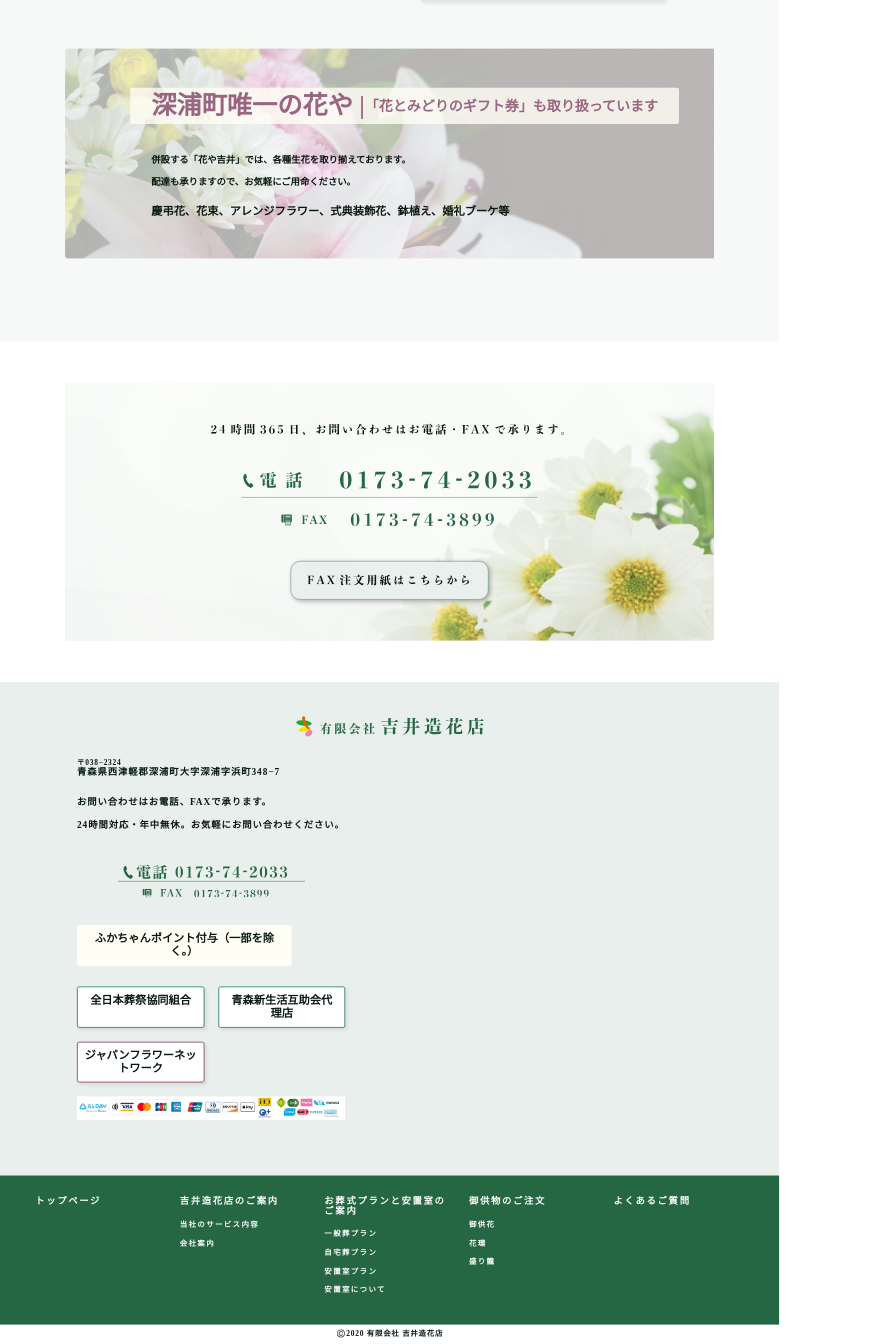
Repository: plus-agc-service-yamauchi/yoshii_scratch_ver3
Page: about.html
These files come from the project's save history. The page is drawn as it stood at one moment and after the next save; the edit follows.
The browser window is 1280 px wide. The pictures show the part of the page from y = 1765 to 3685 px (the page is 3685 px tall before and 3646 px after), at 70% of full size.
Pictures or frames that could not be fetched are drawn as grey boxes. Some web libraries are served in a nearby version. The style sheet was rebuilt from its Sass, Less or Tailwind sources for each picture, by a compiler version that may differ from the author's.

Above is the page before, as saved 2021-02-01 13:01:53.
Console error (its wording comes from the project's code and is left out).

### about.html
<!DOCTYPE html>
<html lang="ja">

<head>
    <title>吉井造花店について | 吉井造花店</title>
    <meta name="description" content="1935（昭和8）年創業。深浦町の皆様に支えられて８０有余年。時代の流れに合わせた様々なお葬式に、まごころ込めてご奉仕させていただきます。">
    <meta charset="utf-8" />
    <meta name="viewport" content="width=device-width, initial-scale=1" />
    <meta property="og:title" content="">
    <meta property="og:type" content="">
    <meta property="og:url" content="">
    <meta property="og:image" content="">
    <link rel="manifest" href="site.webmanifest">
    <link rel="apple-touch-icon" href="icon.png">
    <link rel="icon" type="image/x-icon" href="favicon.ico">
    <link rel="stylesheet" href="css/style.min.css" />
    <link rel="stylesheet" href="css/common.min.css" />
    <link rel="stylesheet" href="css/destyle.css" />
</head>

<body>
    <header>
        <!-- SP ヘッダーバー -->
        <div id="headbar">
            <h1 class="text-main"><a href="index.html"><span>有限会社</span> 吉井造花店</a></h1>
        </div>
        <!-- ドロワーナビゲーション -->
        <div id="navArea">
            <nav>
                <div class="inner">
                    <ul class="menu_list">
                        <li><a href="index.html">トップページ</a></li>
                        <li class="nav_item">
                            <a href="#" class="js-dropdown">吉井造花店のご案内<span>&#9662;</span></a>
                            <div class="panel js-dropdown-menu">
                                <ul class="panel-inner">
                                    <li class="panel_item">
                                        <a href="about.html">吉井造花店について</a>
                                    </li>
                                    <li class="panel_item">
                                        <a href="about.html#anchor_1">当社のサービス内容</a>
                                    </li>
                                    <li class="panel_item">
                                        <a href="about.html#anchor_2">会社案内</a>
                                    </li>
                                </ul>
                            </div>
                        </li>
                        <li class="nav_item">
                            <a href="#" class="js-dropdown">お葬式プランと安置室のご案内<span>&#9662;</span></a>
                            <div class="panel js-dropdown-menu">
                                <ul class="panel-inner">
                                    <li class="panel_item">
                                        <a href="plan.html">お葬式プランと安置室のご案内</a>
                                    </li>
                                    <li class="panel_item">
                                        <a href="plan.html#anchor_1">一般葬プラン</a>
                                    </li>
                                    <li class="panel_item">
                                        <a href="plan.html#anchor_2">自宅葬プラン</a>
                                    </li>
                                    <li class="panel_item">
                                        <a href="plan.html#anchor_3">安置室プラン</a>
                                    </li>
                                    <li class="panel_item">
                                        <a href="plan.html#anchor_4">安置室について</a>
                                    </li>
                                </ul>
                            </div>
                        </li>
                        <li class="nav_item">
                            <a href="#" class="js-dropdown">御供物・御供花のご注文<span>&#9662;</span></a>
                            <div class="panel js-dropdown-menu">
                                <ul class="panel-inner">
                                    <li class="panel_item">
                                        <a href="order.html">御供物・御供花のご注文</a>
                                    </li>
                                    <li class="panel_item">
                                        <a href="order.html#anchor_1">御供花</a>
                                    </li>
                                    <li class="panel_item">
                                        <a href="order.html#anchor_2">花環</a>
                                    </li>
                                    <li class="panel_item">
                                        <a href="order.html#anchor_3">盛り籠</a>
                                    </li>
                                </ul>
                            </div>
                        </li>
                        <li><a href="faq.html">よくあるご質問</a></li>
                    </ul>
                    <div class="sp-call spVisible tabHidden pcHidden">
                        <p>24時間365日<br>お問い合わせはお電話・FAXで承ります。</p>
                        <p>お問い合わせはこちら</p>
                        <p><a href="tel:0173-74-2033">&phone; 0173-74-2033</a></p>
                    </div>
                </div>
            </nav>
            <!-- ナビゲーショントグル -->
            <div class="toggle_btn">
                <span></span>
                <span></span>
                <span></span>
            </div>
            <div id="mask"></div>
        </div>
    </header>
    <main>
        <div class="wrapper">
            <div class="left">
                <div class="bg-sub pb30">
                    <div class="mustHead">
                        <img src="img/about_musthead.jpg" alt="お葬式プランと安置室のご案内" class="img100" />
                        <div>
                            <h1>吉井造花店について</h1>
                        </div>
                    </div>
                    <!-- メインコンテンツ -->
                    <div class="container">
                        <div class="top">
                            <div class="text-sp-center text-tab-center text-pc-center">
                                <h2 id="anchor_1" class="text-main font48">
                                    当社のサービス内容
                                </h2>
                            </div>
                        </div>
                        <div class="grid-sp-1 grid-tab-2 grid-pc-3 grid-row-gap50 grid-col-gap30 mb30">
                            <div class="card">
                                <span>お葬式全般</span>
                            </div>
                            <div class="card">
                                <span>御供物・御供花の手配</span>
                            </div>
                            <div class="card">
                                <span>ご遺体安置</span>
                            </div>
                            <div class="card">
                                <span>お仏壇・仏具の販売</span>
                            </div>
                            <div class="card">
                                <span>遺品整理・お仏壇の処分</span>
                            </div>
                            <div class="card">
                                <span>会葬御礼・喪中はがき印刷</span>
                            </div>
                            <div class="card">
                                <span>お寺・お墓のご案内</span>
                            </div>
                            <div class="card">
                                <span>お食事・お飲物の手配</span>
                            </div>
                            <div class="card">
                                <span>お墓参り代行・管理</span>
                            </div>
                        </div>
                        <div class="text-sp-center text-tab-center text-pc-center my60">
                            <h2 id="anchor_2" class="text-main font48">会社案内</h2>
                        </div>
                        <div class="grid-sp-1 grid-tab-2 grid-pc-2 grid-col-gap20">
                            <table class="spVisible tabVisible pcHidden mb30 info">
                                <tr>
                                    <td class="tdl">所在地</td>
                                    <td class="tdr">
                                        〒038-2324<br />青森県西津軽郡深浦町大字深浦字浜町348-7
                                    </td>
                                </tr>
                                <tr>
                                    <td class="tdl">電話</td>
                                    <td class="tdr">0173-74-2033</td>
                                </tr>
                                <tr>
                                    <td class="tdl">FAX</td>
                                    <td class="tdr">0173-74-3899</td>
                                </tr>
                                <tr>
                                    <td class="tdl">代表</td>
                                    <td class="tdr">吉井 眞逸</td>
                                </tr>
                                <tr>
                                    <td class="tdl">資格</td>
                                    <td class="tdr">1級葬祭ディレクター／葬儀事前相談員</td>
                                </tr>
                                <tr>
                                    <td class="tdl">加盟</td>
                                    <td class="tdr">
                                        <p>全日本葬祭業協同組合連合会／青森県葬祭事業協同組合</p>
                                        <p>
                                            青森新生活互助会代理店／if共済会代理店／コープ葬提携店
                                        </p>
                                    </td>
                                </tr>
                            </table>
                            <img src="img/about_description.svg" alt="" class=" img100 spHidden tabHidden pcVisible" />
                            <div>
                                <img src="img/store_tab.png" alt="" class=" img100 img-tab-100 img-pc-80 spHidden tabHidden pcVisible ml30" />
                                <img src="img/store_tab.png" alt="" class=" img100 img-tab-100 img-pc-100 spVisible tabVisible pcHidden" />
                            </div>
                        </div>
                        <div class="bg-flower my60">
                            <div class="grid-sp-1 grid-pc-1 spHidden tabVisible pcVisible">
                                <div class="bg-flower-item">
                                    <p class="bg-flower_text_title">深浦町唯一の花や | <span>「花とみどりのギフト券」も取り扱っています</span></p>
                                   <p class="bg-flower_text_title_middle_one">併設する「花や吉井」では、各種生花を取り揃えております。</p>
                                   <p class="bg-flower_text_title_middle_two">配達も承りますので、お気軽にご用命ください。</p>
                                   <p class="bg-flower_text_title_bottom">慶弔花、花束、アレンジフラワー、式典装飾花、鉢植え、婚礼ブーケ等</p>
                                </div>
                            </div>
                            <div class="spVisible tabHidden pcHidden">
                                <img src="img/bg_flower_text.svg" alt="" class="bg-flower_sp_img">
                            </div>
                        </div>
                    </div>
                </div>
                <div class="container pt60 pb60">
                    <a href="pdf/Yoshii__Order_FAX.pdf"><img src="img/call.svg" alt="" class="spHidden tabVisible pcVisible img-pc-100 img-tab-100" /></a>
                    <div class="spVisible tabHidden pcHidden sp_fax">
<p class="mb20">24時間365日、お問い合わせはお電話・FAXで承ります。</p>
<a href="tel:0173-74-2033"><img src="img/info_call.svg" alt="" class="img100 mb30"></a>
<p><a href="pdf/Yoshii__Order_FAX.pdf" class="btn" target="_blank">FAX注文用紙はこちらから</a></p>
                    </div>
                </div>
                <div class="info">
                    <div class="container py30">
                        <div class="text-sp-center text-tab-center text-pc-center mb30">
                            <img src="img/logo_h.svg" alt="" class="img70 img-pc-30 img-tab-40" />
                        </div>
                        <div class="grid-1 grid-tab-2 grid-pc-2 grid-col-gap20">
                            <div class="ir text-sp-left text-tab-left text-pc-left">
                                <div class="mb50">
                                    <p class="font-tracking4">〒038−2324</p>
                                    <p class="font-tracking5 mb30">
                                        青森県西津軽郡深浦町大字深浦字浜町348−7
                                    </p>
                                    <p class="font-tracking5 mb20">
                                        お問い合わせはお電話、FAXで承ります。
                                    </p>
                                    <p class="font-tracking5">
                                        24時間対応・年中無休。お気軽にお問い合わせください。
                                    </p>
                                </div>
                                <div class="mb40 text-tab-center text-pc-center">
                                    <a href="tel:0173-74-2033"><img src="img/info_call.svg" alt="" class="img100 img-pc-70 img-tab-80" /></a>
                                </div>
                                <div class="mb30">
                                    <p class="fpoint">ふかちゃんポイント付与（一部を除く。）</p>
                                </div>
                                <div class="grid-sp-2 grid-pc-2 grid-tab-2 grid-row-gap20 grid-col-gap20 mb20">
                                    <a href="https://www.zensoren.or.jp" target="_blank" class="link">全日本葬祭協同組合</a>
                                    <a href="http://www.younet-aomori.jp/contact.html" target="_blank" class="link">青森新生活互助会代理店</a>
                                    <a href="http://www.jfn87.co.jp/" target="_blank" class="link2">ジャパンフラワーネットワーク</a>
                                </div>
                                <div>
                                    <img src="img/airpay_h.png" alt="" class="img100 img-tab-100 img-pc-100">
                                </div>
                            </div>
                            <div>
                                <iframe src="https://www.google.com/maps/d/u/0/embed?mid=1ebatdI8vkuU5Y1tNTiyKdjtavv3ePw3P&z=16" width="100%" height="480"></iframe>
                            </div>
                        </div>
                    </div>
                </div>
            </div>
            <!-- サイドバー -->
            <div class="right">
                <div class="logoWrapper">
                    <p><a href="index.html"><img src="img/logo.svg" alt="" width="100%"></a></p>
                </div>
                <p id="pageTop"><a href="#">TOP▲</a></p>
                <div class="sideFooter">
                    <p>お問い合わせはこちら</p>
                    <p>
                        <a href="tel:0173-74-2033">&phone; 0173-74-2033</a>
                    </p>
                </div>
            </div>
        </div>
    </main>
    <!-- フッター -->
    <footer>
        <div class="spVisible tabHidden pcHidden">
            <div class="accbox">
                <a class="cssacc" href="index.html"><span>トップページ</span></a>
                <input type="checkbox" id="label2" class="cssacc" />
                <label for="label2">吉井造花店のご案内</label>
                <div class="accshow">
                    <a class="show" href="about.html#anchor_1">当社のサービス内容</a>
                    <a class="show" href="about.html#anchor_2">会社案内</a>
                </div>
                <input type="checkbox" id="label3" class="cssacc" />
                <label for="label3">お葬式プランと安置室のご案内</label>
                <div class="accshow">
                    <a class="show" href="plan.html#anchor_1">一般葬プラン</a>
                    <a class="show" href="plan.html#anchor_2">家族葬プラン</a>
                    <a class="show" href="plan.html#anchor_3">安置室プラン</a>
                    <a class="show" href="plan.html_anchor_4">安置室について</a>
                </div>
                <input type="checkbox" id="label4" class="cssacc" />
                <label for="label4">御供物・御供花のご注文</label>
                <div class="accshow">
                    <a class="show" href="order.html">御供物・御供花のご注文</a>
                    <a class="show" href="order.html#anchor_1">御供花</a>
                    <a class="show" href="order.html#anchor_2">花環</a>
                    <a class="show" href="order.html#anchor_3">盛り籠</a>
                </div>
                <a class="cssacc" href="faq.html"><span>よくあるご質問</span></a>
            </div>
        </div>
        <div class="spHidden tabVisible pcVisible">
            <div class="footerWrapper grid-1 grid-tab-5 grid-pc-5 grid-col-gap20">
                <ul>
                    <li class="footerHeading"><a href="index.html">トップページ</a></li>
                </ul>
                <ul>
                    <li class="footerHeading">
                        <a href="about.html">吉井造花店のご案内</a></span>
                    </li>
                    <li class="footerItemStart"><a href="about.html#anchor_1">当社のサービス内容</a></li>
                    <li class="footerItem"><a href="about.html#anchor_2">会社案内</a></li>
                </ul>
                <ul>
                    <li class="footerHeading">
                        <a href="plan.html">お葬式プランと安置室のご案内</a></span>
                    </li>
                    <li class="footerItemStart"><a href="plan.html#anchor_1">一般葬プラン</a></li>
                    <li class="footerItem"><a href="plan.html#anchor_2">自宅葬プラン</a></li>
                    <li class="footerItem"><a href="plan.html#anchor_3">安置室プラン</a></li>
                    <li class="footerItem"><a href="plan.html_anchor_4">安置室について</a></li>
                </ul>
                <ul>
                    <li class="footerHeading"><a href="order.html">御供物のご注文</a></li>
                    <li class="footerItemStart"><a href="order.html#anchor_1">御供花</a></li>
                    <li class="footerItem"><a href="order.html#anchor_2">花環</a></li>
                    <li class="footerItem"><a href="order.html#anchor_3">盛り籠</a></li>
                </ul>
                <ul>
                    <li class="footerHeading"> <a href="faq.html">よくあるご質問</a></li>
                </ul>

            </div>
        </div>
    </footer>
    <div class="copy text-center">©️2020 有限会社 吉井造花店</div>
    <script src="http://ajax.googleapis.com/ajax/libs/jquery/2.1.4/jquery.min.js"></script>
    <script src="js/menu.min.js"></script>
    <script src="js/scroll.min.js"></script>
    <script src="js/returnTop.min.js"></script>
    <!-- Google Analytics: change UA-XXXXX-Y to be your site's ID. -->
    <script>
    window.ga = function() { ga.q.push(arguments) };
    ga.q = [];
    ga.l = +new Date;
    ga('create', 'UA-XXXXX-Y', 'auto');
    ga('set', 'anonymizeIp', true);
    ga('set', 'transport', 'beacon');
    ga('send', 'pageview')
    </script>
    <script src="https://www.google-analytics.com/analytics.js" async></script>
</body>

</html>

### scss/about.scss
/* デザインA（スマートフォン） */
.card {
  background: #fff;
  width: 100%;
  height: 8rem;
  display: flex;
  justify-content: center;
  align-items: center;
  font-size: 3.717391304vw;
  color: #256643;
  border-radius: 10px;
  margin: 0 auto;
}

.bg-flower {
  background: url(../img/bg-flower.jpg) no-repeat;
  background-size: cover;
  background-position: left center;
  padding: 50px 10px;
  text-align: left;
  font-size: 3.717391304vw;
  line-height: 2.3rem;
}
.bg-flower_text_title {
  display: flex;
  align-items: center;
  color: #996580;
  background: rgba(255, 254, 245, 0.8);
  font-size: 3.6rem;
  padding: 15px 30px;
  border-radius: 3px;
  margin-bottom: 40px;
  span {
    font-size: 20px;
  }
}
.bg-flower_text_title_middle_one {
  text-indent: 30px;
  margin-bottom: 10px;
}
.bg-flower_text_title_middle_two {
  text-indent: 30px;
  margin-bottom: 20px;
}
.bg-flower_text_title_bottom {
  text-indent: 30px;
  font-size: 1.6rem;
}
.bg-flower_sp_img {
  width: 90%;
  margin: 0 auto;
  display: block;
}

.sp_fax {
  background: url(../img/call_bg.jpg) no-repeat;
  background-size: cover;
  background-position: left center;
  padding: 50px 10px;
  text-align: left;
  font-size: 3.717391304vw;
  line-height: 2.3rem;
  .btn {
    background: #eaf0ed;
    border: solid 1px #518569;
    border-radius: 10px;
    padding: 10px;
    display: block;
    width: 80%;
    text-align: center;
    margin: 0 auto;
    letter-spacing: 0.5rem;
  }
  .btn a:hover {
    background: #518569;
    border: solid 1px #eaf0ed;
    border-radius: 5px;
    padding: 10px;
    display: block;
    width: 60%;
    text-align: center;
    margin: 0 auto;
    letter-spacing: 1.8rem;
  }
}

.grid-pc-center {
  justify-items: center;
  align-items: center;
}

table {
  border-collapse: collapse;
}

tr {
  border-bottom: solid 1px #6b7570;
  margin-bottom: 20px;
}

td.tdl {
  font-size: 14px;
  line-height: 1.4rem;
  letter-spacing: 1.8;
  width: 20%;
  padding: 20px 0;
  color: #091911;
}

td.tdr {
  width: 80%;
  font-size: 14px;
  line-height: 1.4rem;
  letter-spacing: 1.8;
  padding: 20px 0;
  color: #091911;
}

/* デザインB（タブレット） */
@media screen and (min-width: 600px) and (max-width: 1024px) {
  .card {
    background: #fff;
    width: 100%;
    height: 80px;
    display: flex;
    justify-content: center;
    align-items: center;
    font-size: 2.6vw;
    color: #256643;
    border-radius: 10px;
  }

  .bg-flower {
    background: url(../img/bg-flower.jpg) no-repeat;
    background-size: cover;
    padding: 20px 0 10px 0;
    font-size: 2.3vw;
    line-height: 2.4rem;
    letter-spacing: 1.8;
    display: flex;
    align-items: center;
    justify-content: center;
  }
  .bg-flower_text_title {
    display: flex;
    align-items: center;
    color: #996580;
    background: rgba(255, 254, 245, 0.8);
    font-size: 2.6rem;
    padding: 15px 30px;
    border-radius: 3px;
    margin-bottom: 40px;
    span {
      font-size: 16px;
    }
  }
  .bg-flower_text_title_middle_one {
    text-indent: 30px;
    margin-bottom: 10px;
  }
  .bg-flower_text_title_middle_two {
    text-indent: 30px;
    margin-bottom: 20px;
  }
  .bg-flower_text_title_bottom {
    text-indent: 30px;
    font-size: 1.2rem;
  }
}

/* デザインC(PC) */
@media screen and (min-width: 1025px) {
  .card {
    background: #fff;
    width: 100%;
    height: 150px;
    display: flex;
    justify-content: center;
    align-items: center;
    font-size: 1.25vw;
    color: #256643;
    border-radius: 10px;
  }

  .bg-flower {
    background: url(../img/bg-flower.jpg) no-repeat;
    background-size: cover;
    padding: 50px 50px 50px 0;
    font-size: 1.041666667vw;
    line-height: 2.2rem;
    letter-spacing: 1.8;
    height: 300px;
    display: flex;
    align-items: center;
    justify-content: flex-end;
  }
  .bg-flower_text_title {
    display: flex;
    align-items: center;
    color: #996580;
    background: rgba(255, 254, 245, 0.8);
    font-size: 3.6rem !important;
    padding: 15px 30px;
    border-radius: 3px;
    margin-bottom: 40px;
    span {
      font-size: 20px;
    }
  }
  .bg-flower_text_title_middle_one {
    text-indent: 30px;
    margin-bottom: 10px;
  }
  .bg-flower_text_title_middle_two {
    text-indent: 30px;
    margin-bottom: 20px;
  }
  .bg-flower_text_title_bottom {
    text-indent: 30px;
    font-size: 1.6rem;
  }
  .info {
    background: #fff;
    padding: 20px;
  }
}

Loaded but not shown: js/menu.min.js (1 lines, source omitted); js/returnTop.min.js (1 lines, source omitted); js/scroll.min.js (1 lines, source omitted); scss/style.scss (1687 lines, source omitted); scss/common.scss (1575 lines, source omitted); scss/index.scss (238 lines, source omitted); scss/faq.scss (212 lines, source omitted); css/destyle.css (276 lines, source omitted); scss/plan.scss (42 lines, source omitted); scss/order.scss (9 lines, source omitted); scss/option.scss (6 lines, source omitted)

After the next save:
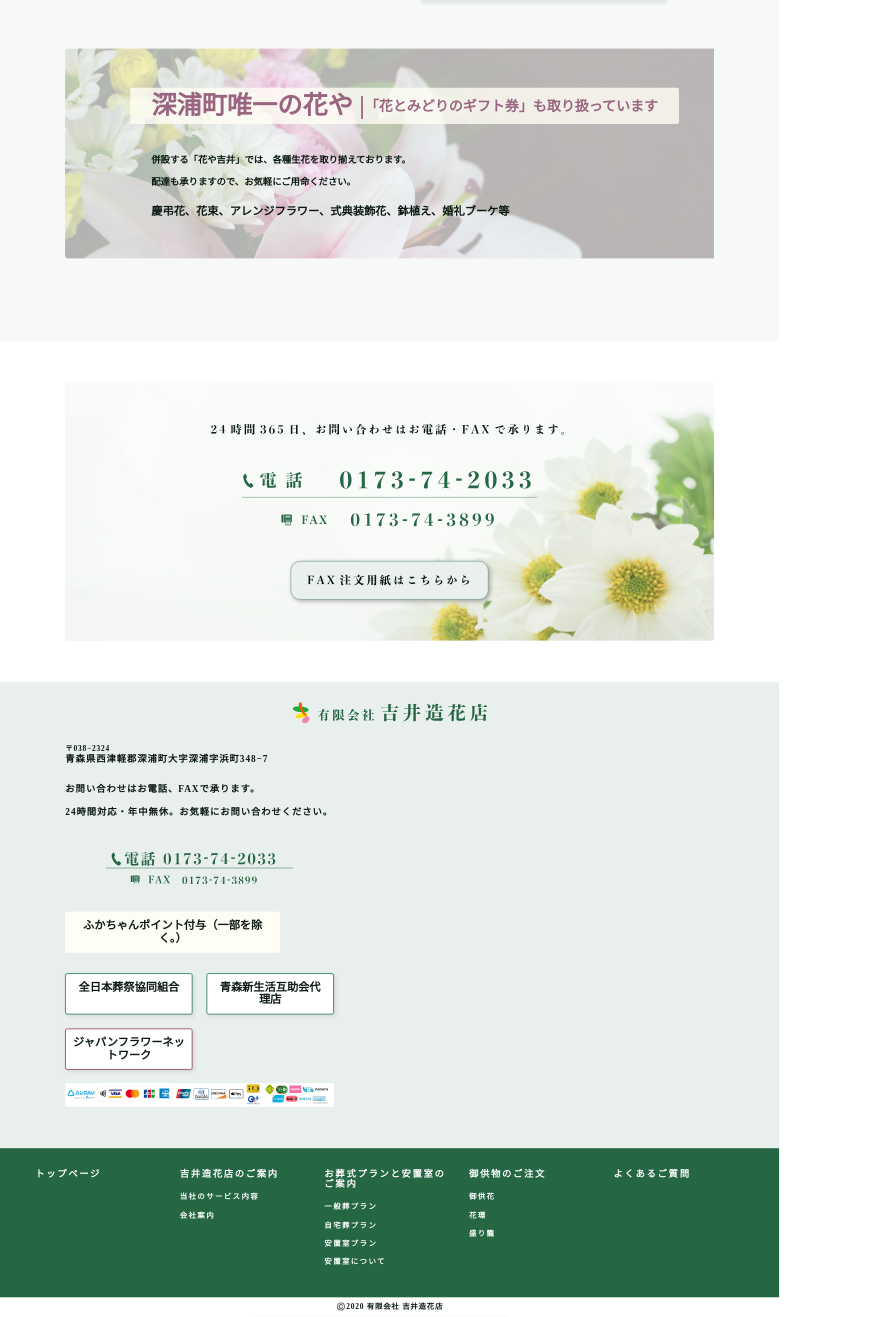
Saved 25 s later.
--- a/scss/about.scss
+++ b/scss/about.scss
@@ -219,7 +219,7 @@ td.tdr {
     text-indent: 30px;
     font-size: 1.6rem;
   }
-  .info {
+  .basicinfo {
     background: #fff;
     padding: 20px;
   }
